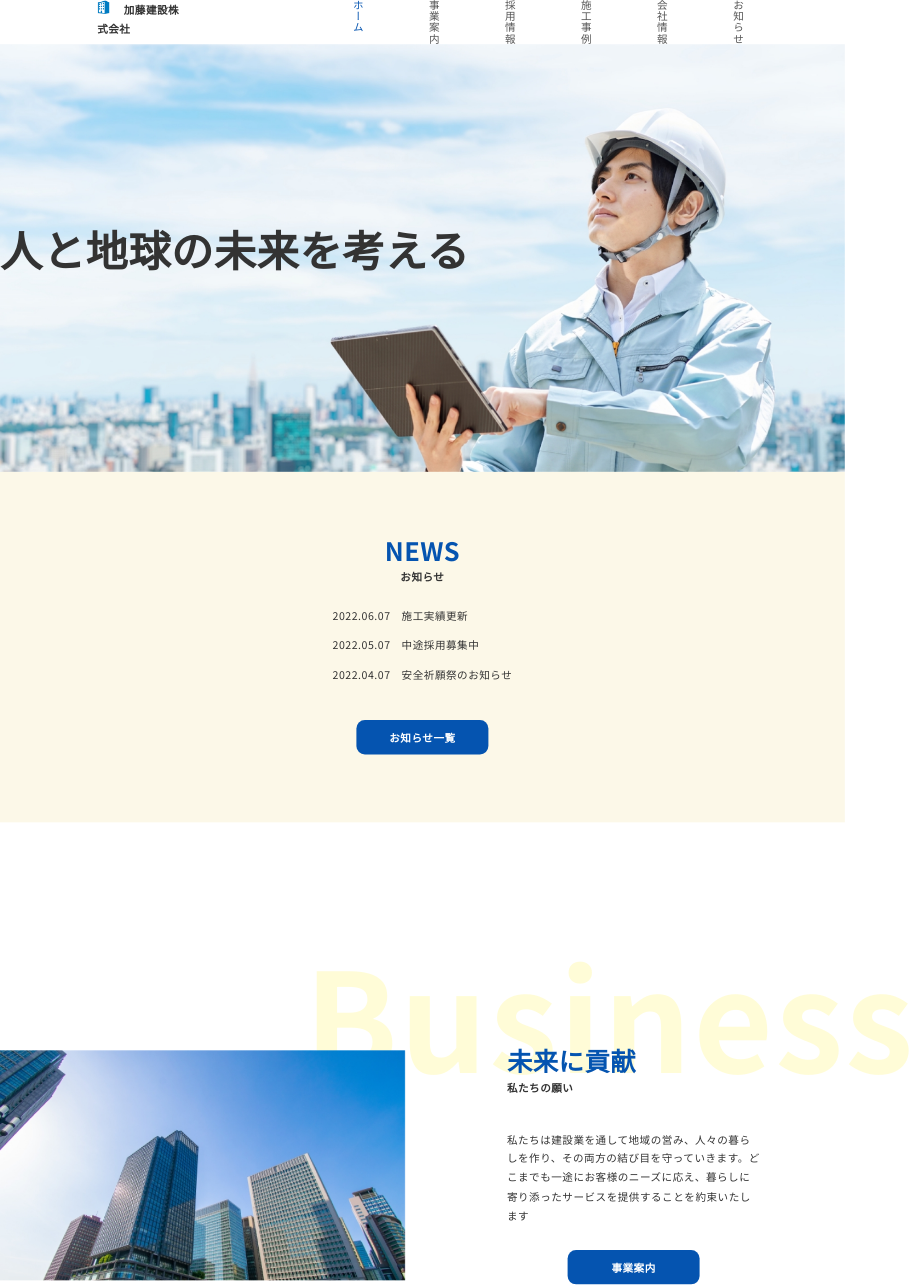
Repository: nozomi-23/hp1_test
Page: index.html
An editor plug-in stored every save of this project. The page is shown before and after the next save, followed by the edit.
The browser window is 1280 px wide. The page is 1387 px wide, so the pictures cover 1387 px, including what lies to the right of the window. The pictures show the whole page, at 66% of full size.

Above is the page before, as saved 2022-06-12 14:55:12.

### index.html
<!DOCTYPE html>
<html lang="ja">
<head>
<meta charset="UTF-8">
<title>加藤建設 株式会社</title>
<meta name="description" content="人と地球の未来を考える 加藤建設 株式会社">
<meta name="keywords" content="建築,土木,インフラ">
<meta name="viewport" content="width=device-width, initial-scale=1.0">
<meta property="og:title" content="建築依頼なら「加藤建設 株式会社」">
<meta property="og:type" content="article">
<meta property="og:url" content="https://withcode-plus.tech">
<meta property="og:image" content="img/logo.png">
<meta property="og:description" content="確かな技術力が自慢、インフラから地域貢献まで加藤建設にお任せ下さい">
<meta property="og:site_name" content="加藤建設 株式会社">
<link rel="icon" href="img/favicon.ico">
<link rel="apple-touch-icon" sizes="180x180" href="img/logo.png">
<link rel="preconnect" href="https://fonts.googleapis.com">
<link rel="preconnect" href="https://fonts.gstatic.com" crossorigin>
<link href="https://fonts.googleapis.com/css2?family=Noto+Sans+JP:wght@400;500;700&family=Noto+Serif+JP&display=swap"
  rel="stylesheet">
<link rel="stylesheet" type="text/css" href="css/reset.css">
<link rel="stylesheet" type="text/css" href="css/common1.css">
<link rel="stylesheet" type="text/css" href="css/index.css">
</head>
<body>
  <!-- =========header -->
  <header>
    <div class="header_wrapper">
      <div class="header_inner">
        <h1 class="header_left">加藤建設株式会社</h1>
        <nav class="header_right" >
          <ul class="header_list">
            <li><a href="#" class="color">ホーム</a></li>
            <li><a href="html/business.html">事業案内</a></li>
            <li><a href="html/recruit.html">採用情報</a></li>
            <li><a href="html/work.html">施工事例</a></li>
            <li><a href="html/company.html">会社情報</a></li>
            <li><a href="html/news.html">お知らせ</a></li>
          </ul>
        </nav>
      </div>
    </div>
  </header>
  <!-- =========main_view -->
  <main>
    <section class="main_wrapper">
      <div class="main_txt">
        <h3>人と地球の未来を考える</h3>
      </div>
    </section>
    <!-- =========news -->
    <section class="news section section_color">
      <div class="news_wrapper">
        <h2 class="title">NEWS<br>
          <small>お知らせ</small></h2>
        <ul class="news_list">
          <li>2022.06.07&emsp;施工実績更新</li>
          <li>2022.05.07&emsp;中途採用募集中</li>
          <li>2022.04.07&emsp;安全祈願祭のお知らせ</li>
        </ul>
        <div class="btn">
          <a href="html/news.html">お知らせ一覧</a>
        </div>
      </div>
    </section>
    <!-- =========business -->
    <section class="business section">
      <div class="business_wrapper">
        <div class="business_all">
          <div class="business_bg_wrapper">
            <div class="business_bg">
              <div class="business_bg_item">
                <p>Business</p>
              </div>
            </div>
          </div>
          <div class="business_block_wrapper">
            <div class="business_block_1">
              <img src="img/bussines_top.png" alt="事業案内画像">
            </div>
            <div class="business_block_2">
              <h2 class="title">未来に貢献<br>
                <small>私たちの願い</small>
              </h2>
              <p>私たちは建設業を通して地域の営み、人々の暮らしを作り、その両方の結び目を守っていきます。どこまでも一途にお客様のニーズに応え、暮らしに寄り添ったサービスを提供することを約束いたします</p>
              <div class="btn">
                <a href="html/business.html">事業案内</a>
              </div>
            </div>
          </div>
        </div>

      </div>
    </section>
  </main>
</body>
</html>

### css/reset.css
@charset "UTF-8";

html,
body,
div,
span,
object,
iframe,
h1,
h2,
h3,
h4,
h5,
h6,
p,
blockquote,
pre,
abbr,
address,
cite,
code,
del,
dfn,
em,
img,
ins,
kbd,
q,
samp,
small,
strong,
sub,
sup,
var,
b,
i,
dl,
dt,
dd,
ol,
ul,
li,
fieldset,
form,
label,
legend,
table,
caption,
tbody,
tfoot,
thead,
tr,
th,
td,
article,
aside,
canvas,
details,
figcaption,
figure,
footer,
header,
hgroup,
menu,
nav,
section,
summary,
time,
mark,
audio,
video {
  margin: 0;
  padding: 0;
  border: 0;
  outline: 0;
  font-size: 100%;
  vertical-align: baseline;
  background: transparent;
}

body {
  line-height: 1;
}

article,
aside,
details,
figcaption,
figure,
footer,
header,
hgroup,
menu,
nav,
section {
  display: block;
}

nav ul {
  list-style: none;
}

blockquote,
q {
  quotes: none;
}

blockquote:before,
blockquote:after,
q:before,
q:after {
  content: '';
  content: none;
}

a {
  margin: 0;
  padding: 0;
  font-size: 100%;
  vertical-align: baseline;
  background: transparent;
}

/* change colours to suit your needs */
ins {
  background-color: #ff9;
  color: #000;
  text-decoration: none;
}

/* change colours to suit your needs */
mark {
  background-color: #ff9;
  color: #000;
  font-style: italic;
  font-weight: bold;
}

del {
  text-decoration: line-through;
}

abbr[title],
dfn[title] {
  border-bottom: 1px dotted;
  cursor: help;
}

table {
  border-collapse: collapse;
  border-spacing: 0;
}

/* change border colour to suit your needs */
hr {
  display: block;
  height: 1px;
  border: 0;
  border-top: 1px solid #cccccc;
  margin: 1em 0;
  padding: 0;
}

input,
select {
  vertical-align: middle;
}

### css/common1.css
@charset "UTF-8";

body {
  color: #333;
  letter-spacing: 0.05em;
  line-height: 1.8;
  font-family: 'Noto Sans JP', sans-serif ,'Noto Serif JP', serif;
  word-break: break-all;
}
li {
  list-style: none;
}

a {
  text-decoration: none;
}
.section {
  padding: 8% 0;
  position: relative;
}


/* タイトル */
.title {
  color: #0554B0;
  font-weight: bold;
  font-size: 2.4rem;
  line-height: 0.8;
}
.title small {
  font-size: 1rem;
  color: #333;
}
/* ボタン */
.btn {
  background-color: #0554B0;
  width: 200px;
  margin: 0 auto;
  line-height: 2;
  border-radius: 0.8rem;
}
.btn a {
  display: block;
  color: #fff;
  font-weight: bold;
  padding: 5%;
  text-align: center;
}
.btn:hover {
  opacity: 0.5;
}

### css/index.css
@charset "UTF-8";

/* =================
header
===================*/
.header_wrapper {
  display: flex;
  justify-content: center;
}
.header_inner {
  width: 77%;
  display: flex;
  justify-content: space-between;

}
.header_list {
  display: table;
}
.header_list li {
  display: table-cell;
  writing-mode: vertical-rl;
}
.header_list li a {
  color: #555;
}
.header_list li a:hover {
  opacity: 0.5;
}
.header_list li a.color {
  color: #0554B0;
}

.header_left::before {
  content: "";
  background: url(../img/name_icon.png) no-repeat ;
  background-size: contain;
  width: 30%;
  height: 30%;
  z-index: 1;
  display: inline-block;
}

/* =================
main_view
===================*/
.main_wrapper {
  background: url(../img/top_img.png)no-repeat center;
  background-size: cover;
  width: 100%;
  height: 90vh;
}
.main_txt {
  font-size: 4rem;
  font-weight: normal;
  font-family: 'Noto Serif JP';
  position: relative;
  top: 40%;
}
/* =================
news
===================*/
.section_color {
  background-color: #FCF8E8;
}
.news {
  text-align: center;
  display: block;
}

.news_list {
  padding: 3%;
  text-align: left;
  display: inline-block;

}
.news_list li {
  margin-bottom: 1rem;
}
/* =================
business
===================*/
.business_all {
  position: relative;
}
.business_block_wrapper {
  width: 100%;
  height: auto;
  display: flex;
  justify-content: space-between;
  position: absolute;
  top: 65%;
}


.business_block_1 {
  width: 48%;
}
.business_block_1 img{
  width: 100%;
  height: auto;
}
.business_block_2 {
  width: 30%;
  margin-right: 10%;
}
.business_block_2 p {
  padding: 15% 0 10% 0;
}
.business_bg {
  width: 80%;
}
.business_bg_wrapper {
  width: 80%;
  margin-left: auto;
}
.business_bg_item {
  width: 100%;
  /* background-color: aqua; */
}
.business_bg {
  margin-left: auto;
}
.business_bg_item p {
  color: rgba(255, 245, 109, 0.27);
  font-size: 13rem;
  font-weight: 700;
  white-space: nowrap;
  letter-spacing: 0.2rem;
  }

After the next save:
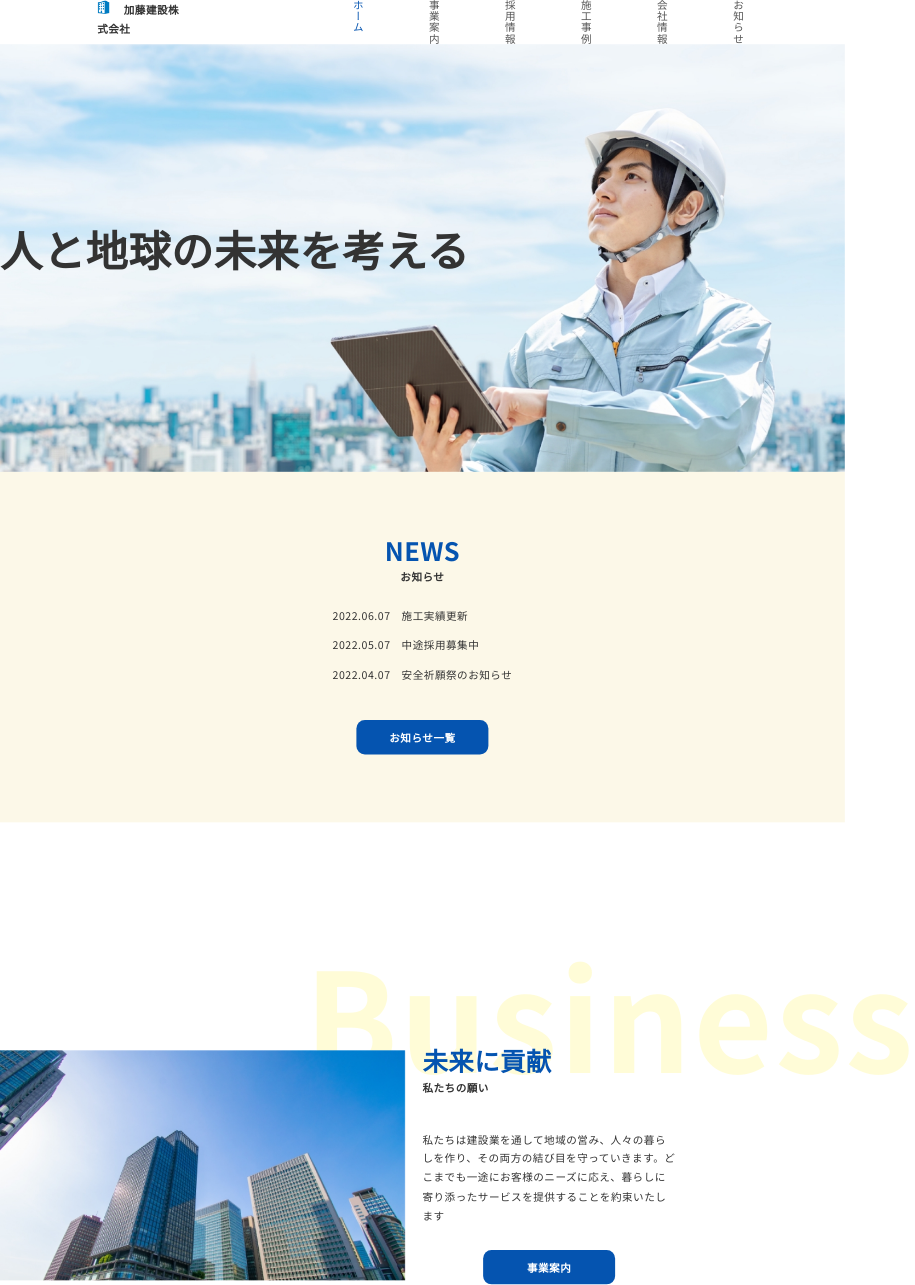
Saved 24 s later.
--- a/css/index.css
+++ b/css/index.css
@@ -101,7 +101,7 @@ business
 }
 .business_block_2 {
   width: 30%;
-  margin-right: 10%;
+  margin-right: 20%;
 }
 .business_block_2 p {
   padding: 15% 0 10% 0;
